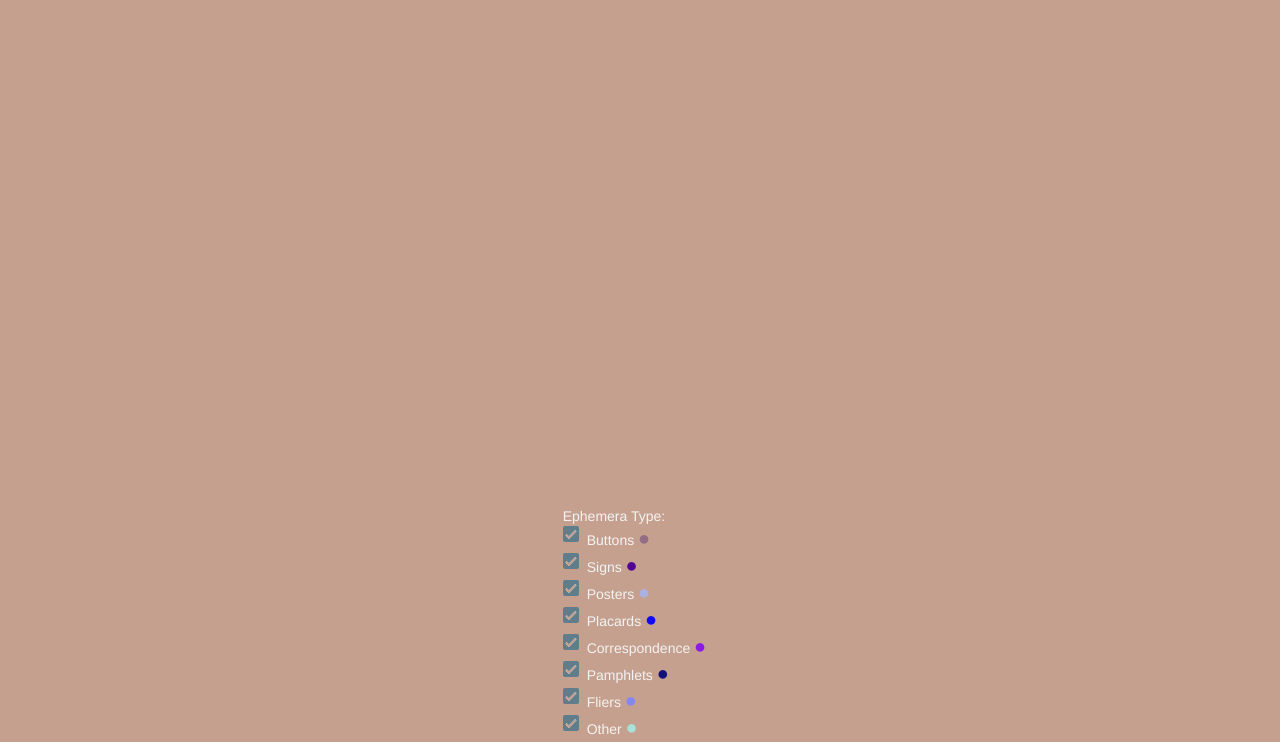
Repository: m0llyc00k/Major-studio-1
Page: Qualitative/examples-beeswarm/index-2.html
The author's editor kept a record of every edit. The page is drawn from the files as they stood at one moment, then again after the next edit.
The browser window is 1280 px wide. The pictures show the whole page.
The page's requests for data from a server got no answer.

Above is the page before.

### Qualitative/examples-beeswarm/index-2.html
<!DOCTYPE html>
<html>
<head>
    <title>Beeswarm Chart</title>
    <link rel="stylesheet" href="https://fonts.googleapis.com/icon?family=Material+Icons">
    <link rel="stylesheet" href="https://code.getmdl.io/1.3.0/material.blue_grey-amber.min.css" />
    <script defer src="https://code.getmdl.io/1.3.0/material.min.js"></script>
    <style type="text/css">

        body {
            width:100%;
            background-color: #C5A08E;
        }

      .grid-container {
          display: grid;
          grid-template-columns: 1fr 1fr;
          grid-gap: 20px;
          }


        .centered {
            display: table;
            margin: 10px auto;

        }

        .checkboxes {
            /*width: 50%;*/
            /*float: right;*/
            padding: 20px;
            flex: 1;
        }

        .graph {
            /*width: 50%;*/
            /*float: left;*/
            margin: 0 auto;
            background-color: #C5A08E;
            padding:20px;

        }

        #checkboxes > * {
            font-size: 14px;
            color: #F3F3F3;
            padding-top: 3px;
            display: table;


        }



        .measure-group {
            display:grid;
        }

        .scale-group {
            padding-left: 40px;
            display:grid;
        }



        .measure, .scale {
        }

        svg {
        background-color: #C5A08E;

        }

        .cells path {
            fill: none;
            pointer-events: all;
        }

        div.tooltip {
            position: fixed;
            text-align: left;
            color: white;
            white-space: normal;
            padding: 8px;
            font-size: 14px;
            background: rgb(96,125,139);
            border: 1px solid rgb(96,125,139);
            border-radius: 2px;
            pointer-events: none;
            cursor: pointer;
        }

        .axis path,
        .axis line {
            fill: none;
            stroke: rgb(96,125,139);
            shape-rendering: optimizeSpeed;
        }

        .axis text {
            font: 15px sans-serif;
            color: #F3F3F3;

        }

        .typeSort {}








    </style>
</head>

<body>
    <div id="everthing">
<div id="svganchor" class="graph centered">
</div>

<div id="checkboxes" class="centered">
    <span style="position:relative; top: 3px">Ephemera Type:&nbsp;&nbsp;</span>
    <label class="mdl-checkbox mdl-js-checkbox mdl-js-ripple-effect">
        <input type="checkbox" value="buttons" class="mdl-checkbox__input typeSort" checked="">Buttons
        <span class="mdl-checkbox__label" id="buttonsColor" style="font-size: 20px; color: #936C85;">&#9679;&nbsp;&nbsp;</span>
    </label>
    <label class="mdl-checkbox mdl-js-checkbox mdl-js-ripple-effect">
        <input type="checkbox" value="signs" class="mdl-checkbox__input typeSort" checked="">Signs
        <span class="mdl-checkbox__label" id="signsColor" style="font-size: 20px; color: #530094;">&#9679;&nbsp;&nbsp;</span>
    </label>
    <label class="mdl-checkbox mdl-js-checkbox mdl-js-ripple-effect">
        <input type="checkbox" value="posters" class="mdl-checkbox__input typeSort" checked="">Posters
        <span class="mdl-checkbox__label" id="postersColor" style="font-size: 20px; color: #A8B1E1;">&#9679;&nbsp;&nbsp;</span>
    </label>
    <label class="mdl-checkbox mdl-js-checkbox mdl-js-ripple-effect">
        <input type="checkbox" value="placards" class="mdl-checkbox__input typeSort" checked="">Placards
        <span class="mdl-checkbox__label" id="placardsColor" style="font-size: 20px; color: #0E09F8;">&#9679;&nbsp;&nbsp;</span>
    </label>
    <label class="mdl-checkbox mdl-js-checkbox mdl-js-ripple-effect">
        <input type="checkbox" value="correspondence" class="mdl-checkbox__input typeSort" checked="">Correspondence
        <span class="mdl-checkbox__label" id="correspondenceColor" style="font-size: 20px; color: #8C19E7;">&#9679;&nbsp;&nbsp;</span>
    </label>
    <label class="mdl-checkbox mdl-js-checkbox mdl-js-ripple-effect">
        <input type="checkbox" value="pamphlets" class="mdl-checkbox__input typeSort" checked="">Pamphlets
        <span class="mdl-checkbox__label" id="pamphletsColor" style="font-size: 20px; color: #12107A;">&#9679;&nbsp;&nbsp;</span>
    </label>
        <label class="mdl-checkbox mdl-js-checkbox mdl-js-ripple-effect">
        <input type="checkbox" value="fliers" class="mdl-checkbox__input typeSort" checked="">Fliers
        <span class="mdl-checkbox__label" id="fliersColor" style="font-size: 20px; color: #8387F5;">&#9679;&nbsp;&nbsp;</span>
    </label>
        <label class="mdl-checkbox mdl-js-checkbox mdl-js-ripple-effect">
        <input type="checkbox" value="other" class="mdl-checkbox__input typeSort" checked="">Other
        <span class="mdl-checkbox__label" id="otherColor" style="font-size: 20px; color: #A8E1D8;">&#9679;&nbsp;&nbsp;</span>
    </label>
</div>
</div>


</body>

<script src = "https://d3js.org/d3.v5.min.js"></script>
<script src = "beeswarm-2.js"></script>

</html>

### Qualitative/examples-beeswarm/beeswarm-2.js
let height = 450;
let width = 1000;
let margin = ({top: 0, right: 40, bottom: 34, left: 40});
let allDates = [];

// Data structure describing chart scales
let Scales = {
    lin: "scaleLinear",
    log: "scaleLog"
};

// Data structure describing volume of displayed data
let Count = {
    dateSort: "dateSort",
};

// Data structure describing legend fields value
let Legend = {
    dateSort: "dateSort",
};

let chartState = {};

chartState.measure = Count.dateSort;
chartState.scale = Scales.lin;
chartState.legend = Legend.dateSort;


// Colors used for circles depending on typeSort
let colors = d3.scaleOrdinal()
    .domain(["buttons", "signs", "posters", "placards", "correspondence", "pamphlets", "fliers", "other"])
    .range(['#936C85','#530094','#A8B1E1','#0E09F8','#8C19E7','#12107A', '#8387F5', '#A8E1D8']);

d3.select("#buttonsColor").style("color", colors("buttons"));
d3.select("#signsColor").style("color", colors("signs"));
d3.select("#postersColor").style("color", colors("posters"));
d3.select("#placardsColor").style("color", colors("placards"));
d3.select("#correspondenceColor").style("color", colors("correspondence"));
d3.select("#pamphletsColor").style("color", colors("pamphlets"));
d3.select("#fliersColor").style("color", colors("fliers"));
d3.select("#otherColor").style("color", colors("other"));


let svg = d3.select("#svganchor")
    .append("svg")
    .attr("width", width)
    .attr("height", height);

let xScale = d3.scaleLinear()
    .domain(allDates.map(d => d.dateSort))
    .range([margin.left, width - margin.right])

svg.append("g")
    .attr("class", "x axis")
    .attr("transform", "translate(0," + (height - margin.bottom) + ")");

// Create line that connects circle and X axis
let xLine = svg.append("line")
    .attr("stroke", "rgb(96,125,139)")
    .attr("stroke-dasharray", "3,4")
    .attr("stroke-width", "2");

// Create tooltip div and make it invisible
let tooltip = d3.select("#svganchor").append("div")
    .attr("class", "tooltip")
    .style("opacity", 0);

// Load and process data
d3.csv("https://raw.githubusercontent.com/m0llyc00k/major-studio-1/main/Qualitative/examples-beeswarm/beeswarm-data-new-Images.csv").then(function (data) {

    let dataSet = data;

    redraw();



    // Trigger filter function whenever checkbox is ticked/unticked
    d3.selectAll("input").on("change", filter);

    function redraw() {

        // Set scale type based on button clicked
        if (chartState.scale === Scales.lin) {
            xScale = d3.scaleLinear().range([ margin.left, width - margin.right ])
        }

        if (chartState.scale === Scales.log) {
            xScale = d3.scaleLog().range([ margin.left, width - margin.right ]);
        }

        xScale.domain(d3.extent(dataSet, function(d) {
            return +d[chartState.measure];
        }));

//set x axis
           let xAxis = d3.axisBottom(xScale)
                .ticks(12, ".0f");


        d3.transition(svg).select(".x.axis")
            .transition()
            .duration(1000)
            .call(xAxis);

        // Create simulation with specified dataset
        let simulation = d3.forceSimulation(dataSet)
            // Apply positioning force to push nodes towards desired position along X axis
            .force("x", d3.forceX(function(d) {
                // Mapping of values from date/perCapita column of dataset to range of SVG chart (<margin.left, margin.right>)
                return xScale(+d[chartState.measure]);  // This is the desired position
            }).strength(8))  // Increase velocity
            .force("y", d3.forceY((height / 2) - margin.bottom))  // // Apply positioning force to push nodes towards center along Y axis
            .force("collide", d3.forceCollide(10)) // Apply collision force with radius of 9 - keeps nodes centers 9 pixels apart
            .stop();  // Stop simulation from starting automatically

        // Manually run simulation
        for (let i = 0; i < dataSet.length; ++i) {
            simulation.tick(5);
        }

        // Create ephemera circles
        let titleCircles = svg.selectAll(".title")
            .data(dataSet, function(d) { return d.title });

        titleCircles.exit()
            .transition()
            .duration(1000)
            .attr("cx", 0)
            .attr("cy", (height / 2) - margin.bottom / 2)
            .remove();

        titleCircles.enter()
            .append("circle")
            .attr("class", "title")
            .attr("cx", width - margin.right)
            .attr("cy", (height) - margin.bottom)
            .attr("r", 10)
            .attr("stroke", "#F3F3F3")
            .attr("stroke-width", .5)
            .attr("fill", function(d){ return colors(d.typeSort)})
            .merge(titleCircles)
            .transition()
            .duration(2000)
            .attr("cx", function(d) { return d.x; })
            .attr("cy", function(d) { return d.y; });

        // Show tooltip when hovering over circle (data for respective country)
        d3.selectAll(".title").on("mousemove", function(d) {
            tooltip.html(`<div id="textTooltip">
                          <strong>${d.title}</strong><br>
                          ${d.typeTrue}<br>
                          <strong>${d.dateTrue}</strong><br>
                          ${d.description} <br>
                          </div>
                          <div id="imageTooltip" float:right>
                          <img src="${d.primaryImage}" alt="image here">
                          </div>
                          `)
                .style('top', d3.event.pageY - 1 + 12 + 'px')
                .style('left', d3.event.pageX + 1 + 25 + 'px')
                .style("opacity", 0.9)





            xLine.attr("x1", d3.select(this).attr("cx"))
                .attr("y1", d3.select(this).attr("cy"))
                .attr("y2", (height - margin.bottom))
                .attr("x2",  d3.select(this).attr("cx"))
                .attr("opacity", 1);

        }).on("mouseout", function(_) {
            tooltip.style("opacity", 0);
            xLine.attr("opacity", 0);
        });

    }

    // Filter data based on which checkboxes are ticked
    function filter() {

        function getCheckedBoxes(checkboxName) {

            let checkboxes = d3.selectAll(checkboxName).nodes();
            let checkboxesChecked = [];
            for (let i = 0; i < checkboxes.length; i++) {
                if (checkboxes[i].checked) {
                    checkboxesChecked.push(checkboxes[i].defaultValue);
                }
            }
            return checkboxesChecked.length > 0 ? checkboxesChecked : null;
        }

        let checkedBoxes = getCheckedBoxes(".typeSort");

        let newData = [];

        if (checkedBoxes == null) {
            dataSet = newData;
            redraw();
            return;
        }

        for (let i = 0; i < checkedBoxes.length; i++){
            let newArray = data.filter(function(d) {
                return d.typeSort === checkedBoxes[i];
            });
            Array.prototype.push.apply(newData, newArray);
        }

        dataSet = newData;
        redraw();
    }

}).catch(function (error) {
    if (error) throw error;
});

After the next edit:
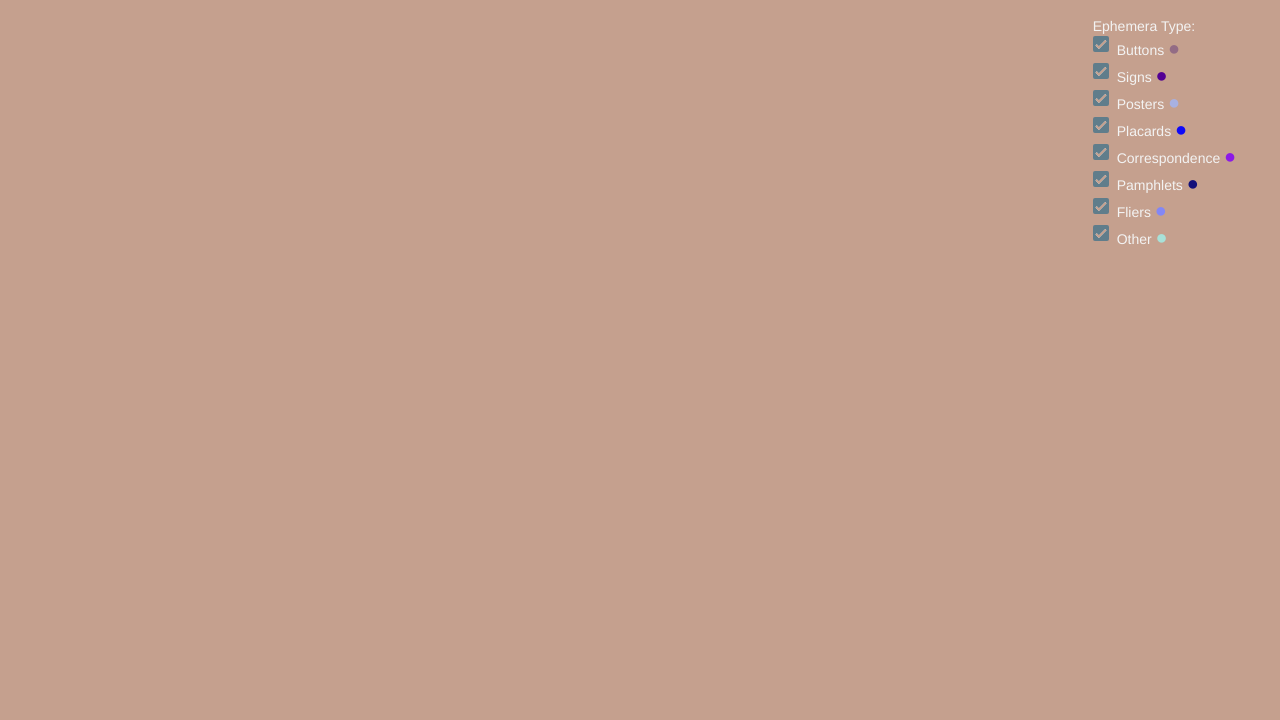
The edit:
--- a/Qualitative/examples-beeswarm/index-2.html
+++ b/Qualitative/examples-beeswarm/index-2.html
@@ -116,7 +116,7 @@
 </head>
 
 <body>
-    <div id="everthing">
+    <div class="grid-container">
 <div id="svganchor" class="graph centered">
 </div>
 
